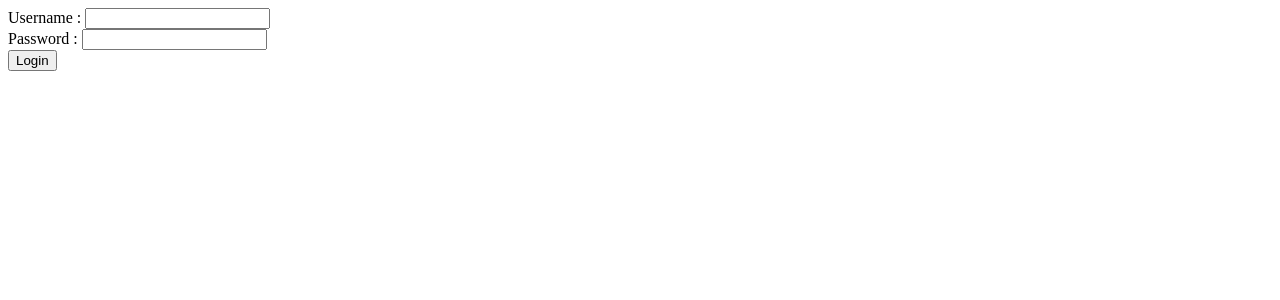
Repository: Aviligonda/Servlet_Programs
Page: FirstJavaWeb/src/main/webapp/login.html
The author's editor kept a copy of each file at every save. The page is drawn from the files as they stood at one save, then again after a run of saves.
The browser window is 1280 px wide. The pictures show the whole page.

Above is the page before, as saved 2024-11-22 11:51:07.

### FirstJavaWeb/src/main/webapp/login.html
<!DOCTYPE html>
<html>
<head>
<meta charset="UTF-8">
<title>Login Ppage </title>
</head>
<body>
Username : <input type="text" name="uname"><br>
Password : <input type="password" name="pass"><br>
<input type="submit" value =Login>

</body>
</html>

After the next 2 saves:
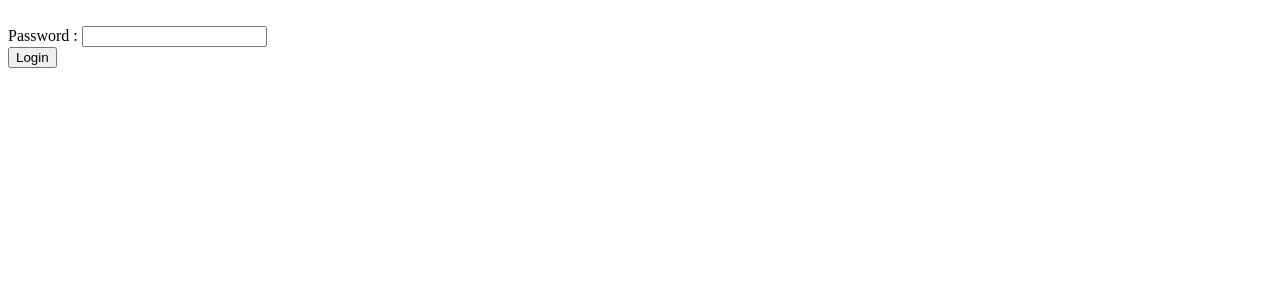
The 2 saves are shown as one change because they came seconds apart.
The last was saved 7 s later.
--- a/FirstJavaWeb/src/main/webapp/login.html
+++ b/FirstJavaWeb/src/main/webapp/login.html
@@ -5,6 +5,7 @@
 <title>Login Ppage </title>
 </head>
 <body>
+<form
 Username : <input type="text" name="uname"><br>
 Password : <input type="password" name="pass"><br>
 <input type="submit" value =Login>

After the save that followed:
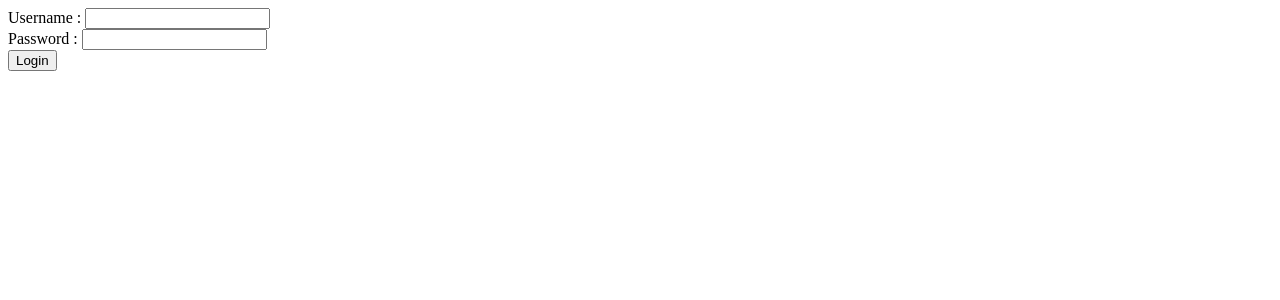
Saved 9 s later.
--- a/FirstJavaWeb/src/main/webapp/login.html
+++ b/FirstJavaWeb/src/main/webapp/login.html
@@ -5,7 +5,7 @@
 <title>Login Ppage </title>
 </head>
 <body>
-<form
+<form action=""></form>
 Username : <input type="text" name="uname"><br>
 Password : <input type="password" name="pass"><br>
 <input type="submit" value =Login>
